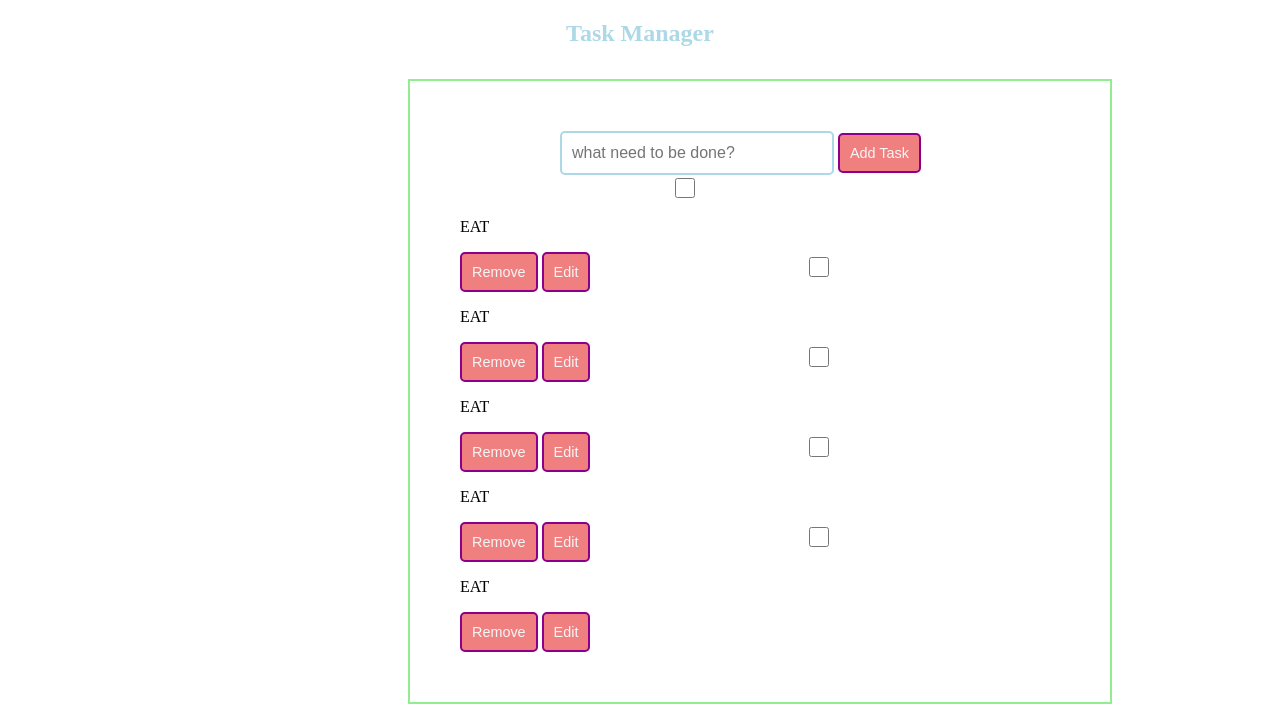
Repository: sristigupta04/basic-js-project
Page: todo app/title.html
An editor plug-in stored every save of this project. The page is shown before and after the next save, followed by the edit.
The browser window is 1280 px wide. The pictures show the whole page.

Above is the page before, as saved 2025-10-28 19:06:10.

After the next save:
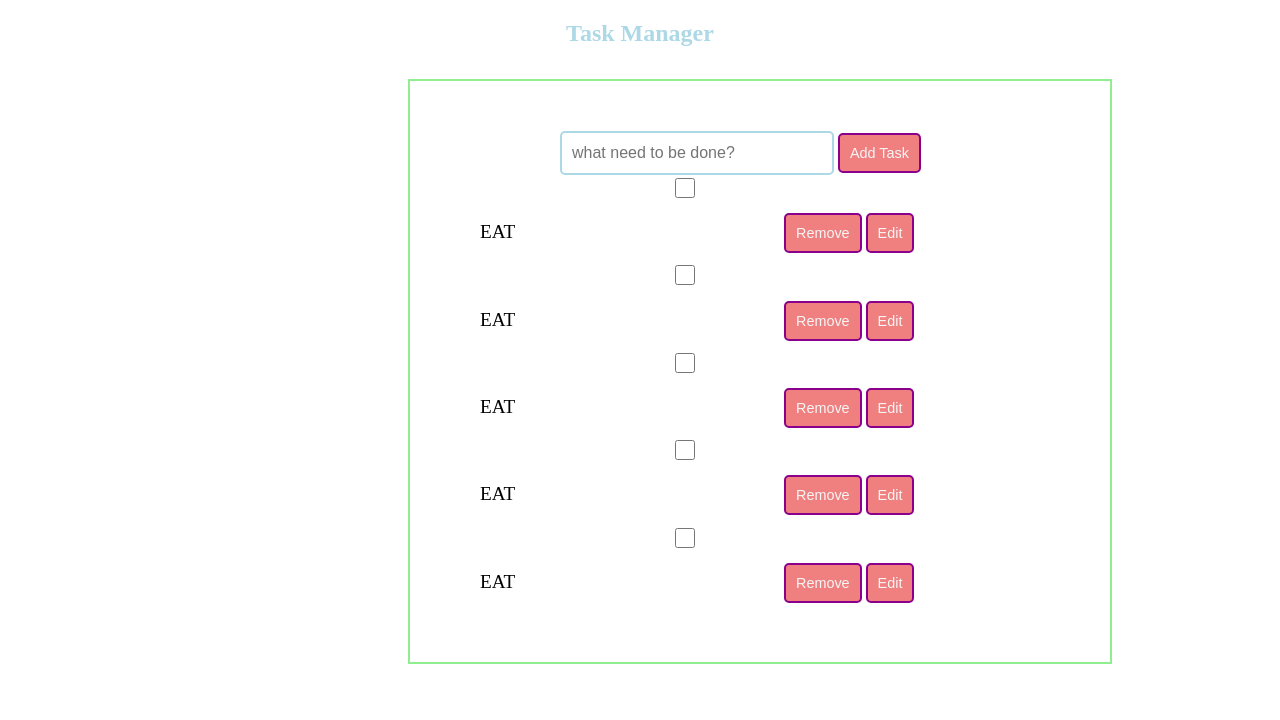
Saved 38 s later.
--- a/todo app/title.css
+++ b/todo app/title.css
@@ -39,3 +39,12 @@ border-radius: 5px;
 background-color: lightcoral;
 color:whitesmoke;
 }
+.row{
+
+}
+.row p{
+    display: inline-block;
+    margin-left: 20px;
+    font-size: 1.2rem;
+    width: 300px;
+}

After the save that followed:
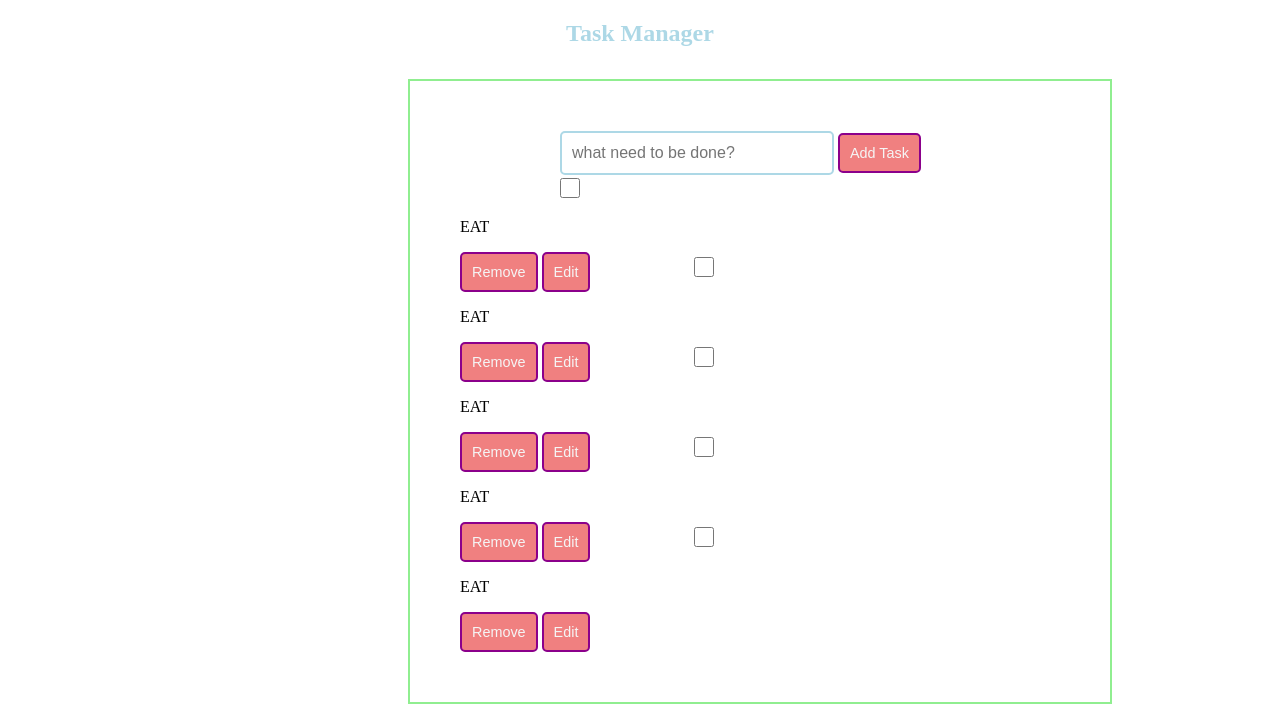
Saved 43 s later.
--- a/todo app/title.css
+++ b/todo app/title.css
@@ -42,6 +42,10 @@ color:whitesmoke;
 .row{
 
 }
+.row input[type="checkbox"]{
+    width: 20px;
+    height: 20px;
+]
 .row p{
     display: inline-block;
     margin-left: 20px;
